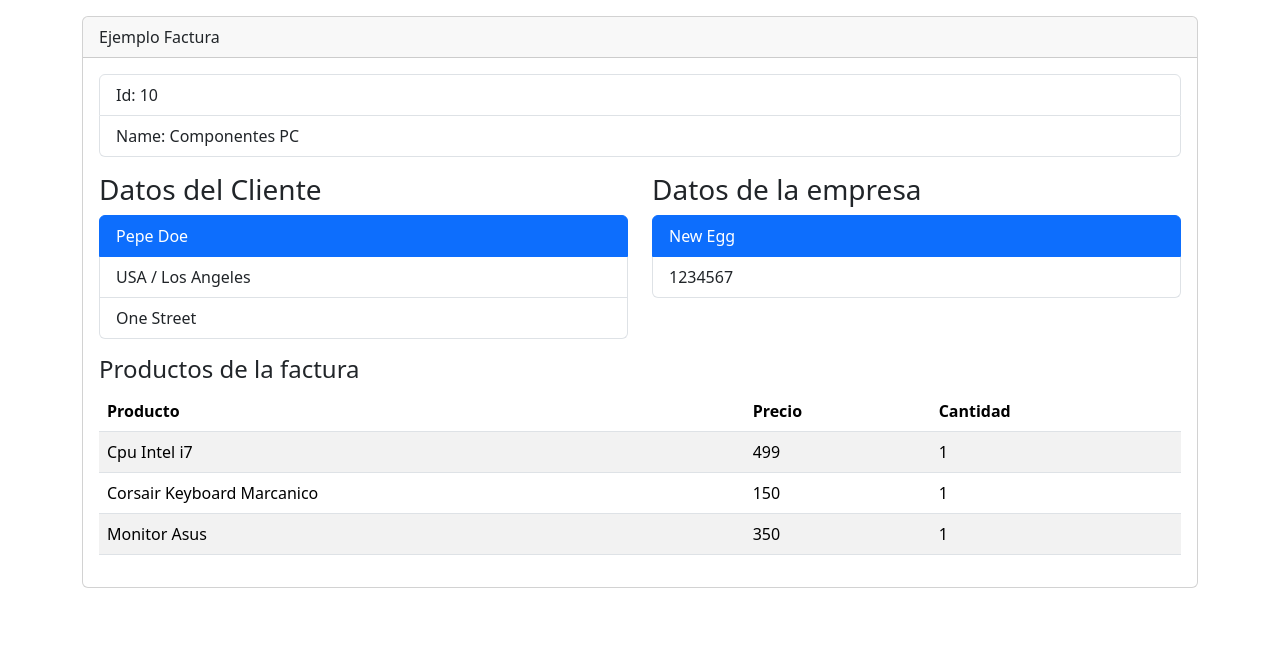
Repository: bryanesteban/4-invoice-app
Page: /
The author's editor kept a copy of each file at every save. The page is drawn from the files as they stood at one save, then again after the next save.
The browser window is 1280 px wide. The pictures show the whole page.
The project was rebuilt for these pictures with package versions that can differ from the ones it lists, and the page was loaded fresh each time. Also part of the build but not shown: vite.config.js.

Above is the page before, as saved 2023-11-13 17:05:16.

### index.html
<!doctype html>
<html lang="en">
  <head>
    <meta charset="UTF-8" />
    <link rel="icon" type="image/svg+xml" href="/vite.svg" />
    <link href="https://cdn.jsdelivr.net/npm/bootstrap@5.3.2/dist/css/bootstrap.min.css" rel="stylesheet" integrity="sha384-T3c6CoIi6uLrA9TneNEoa7RxnatzjcDSCmG1MXxSR1GAsXEV/Dwwykc2MPK8M2HN" crossorigin="anonymous">
    <meta name="viewport" content="width=device-width, initial-scale=1.0" />
    <title>Vite + React</title>
  </head>
  <body>
    <div id="root"></div>
    <script type="module" src="/src/main.jsx"></script>
  </body>
</html>

### src/main.jsx
import React from 'react'
import ReactDOM from 'react-dom/client'
import { InvoiceApp } from './InvoiceApp'


ReactDOM.createRoot(document.getElementById('root')).render(
  <React.StrictMode>
    <InvoiceApp />
  </React.StrictMode>,
)

### src/InvoiceApp.jsx
import { getInvoice } from "./services/getInvoice"
import { ClientView } from "./components/ClientView";
import { CompanyView } from "./components/CompanyView";
import { InvoiceView } from "./components/InvoiceView";
import { ListItemsView } from "./components/ListItemsView";


export const InvoiceApp = () =>{

    const {id, name, client, company, items, total} = getInvoice();

    return(
       <>
        <div className="container">

            <div className="card my-3" >

                <div className= "card-header">

                    Ejemplo Factura
                </div>

                <div className="card-body">
                       <InvoiceView id= {id} name ={name}/>
                    <div className="row my-3">
                        <div className="col">
                           <ClientView title= "Datos del Cliente" client = {client} />
                        </div>
                        <div className="col">
                           <CompanyView title= "Datos de la empresa" company ={company} />
                        </div>
                    </div>
                    <ListItemsView title="Productos de la factura" items={items} />
                    <></>
                </div>
            </div>
        </div>

       </>
    )
}

### src/services/getInvoice.js
import { invoice } from "../data/invoice"

export const getInvoice = () => {

    //console.log(invoice);

    let total = 0;
    invoice.items.forEach( items =>{
        total =total + items.price * items.quantity;

    });

    return {...invoice,total};
}

### src/components/ClientView.jsx
import PropTypes from 'prop-types';

export const ClientView = ({title, client}) =>{
    const {
        name: nameClient,
        lastname,
        address:{
            country,
            city,
            street,
            number}
         } = client;

    //const { country, city, street, number} = address;

    return (
        <>
         <h3>{title}</h3>
                            <ul className="list-group">
                                <li className="list-group-item active">{nameClient} {lastname}</li>
                                <li className="list-group-item">{country} / {city}</li>
                                <li className="list-group-item">{street} {number}</li>
                            </ul>
        </>
    )
}

ClientView.protoTypes ={
    title: PropTypes.string.isRequired,
    client: PropTypes.object.isRequired,
}

### src/components/CompanyView.jsx
import PropTypes from 'prop-types';

export const CompanyView = ({title, company}) => {


    return (
        <>
        <h3>{ title }</h3>
                            <ul className="list-group">
                                <li className="list-group-item active"> {company.name}</li>
                                <li className="list-group-item"> {company.fiscalNumber}</li>
                            </ul>
        </>
    )
}

CompanyView.propTypes = {
    title: PropTypes.string.isRequired,
    company: PropTypes.object.isRequired,

}

### src/components/InvoiceView.jsx
import PropTypes from 'prop-types';
export const InvoiceView = ({id, name}) =>{

    return (
        <>
         <ul className ="list-group">
                            <li className="list-group-item">Id: {id}</li>
                            <li className="list-group-item">Name: {name}</li>
                        </ul>

        </>
    )
}

InvoiceView.propTypes = {
    id: PropTypes.number.isRequired,
    name: PropTypes.string.isRequired
}

### src/components/ListItemsView.jsx
import { RowItemView } from "./RowItemView"
import PropTypes from 'prop-types';

export const ListItemsView  = ({title, items}) => {

    return (
        <>
        <h4> {title}</h4>
                    <table className="table table-striped table-hover">
                        <thead>
                            <tr>
                                <th>Producto</th>
                                <th>Precio</th>
                                <th>Cantidad</th>
                            </tr>
                        </thead>
                        <tbody>
                            {items.map(({id, producto, price,quantity}) => (
                                    <RowItemView key={ id } product={producto} price={price} quantity={quantity} />
                            ))}
                        </tbody>

                    </table>
        </>
    )

}

ListItemsView.propTypes = {
    title : PropTypes.string.isRequired,
    items: PropTypes.array.isRequired,
}

### src/data/invoice.js
export const invoice ={
    id: 10,
    name: 'Componentes PC',
    client:{
        name:'Pepe',
        lastname:'Doe',
        address:{
            country:'USA',
            city: 'Los Angeles',
            street:' One Street',
            numeber:12
        }
    },
        company:{
            name:'New Egg',
            fiscalNumber: 1234567,
        },
        items: [
           {
            id: 1,
            producto: 'Cpu Intel i7',
            price: 499,
            quantity: 1,
           },
           {
            id: 2,
            producto: 'Corsair Keyboard Marcanico',
            price: 150,
            quantity: 1,
           },
           {
            id: 3,
            producto: 'Monitor Asus',
            price: 350,
            quantity: 1,
           },

        ]


}

### src/components/RowItemView.jsx
import PropTypes from 'prop-types';

export const RowItemView = ({product, price, quantity}) => {
    return (
        <>
             <tr >
                    <td>{product}</td>
                    <td>{price}</td>
                    <td>{quantity}</td>
            </tr>
        </>
    )
}


RowItemView.propTypes = {
    product :  PropTypes.string.isRequired,
    price : PropTypes.number.isRequired,
    quantity : PropTypes.number.isRequired,
}

### src/components/totalView.jsx
export const TotalView  = ({total}) =>{


    return (
    <>
    <div className="text-end">
        <span className="badge bg-success">{total}</span>
    </div>
    </>
    )
}

After the next save:
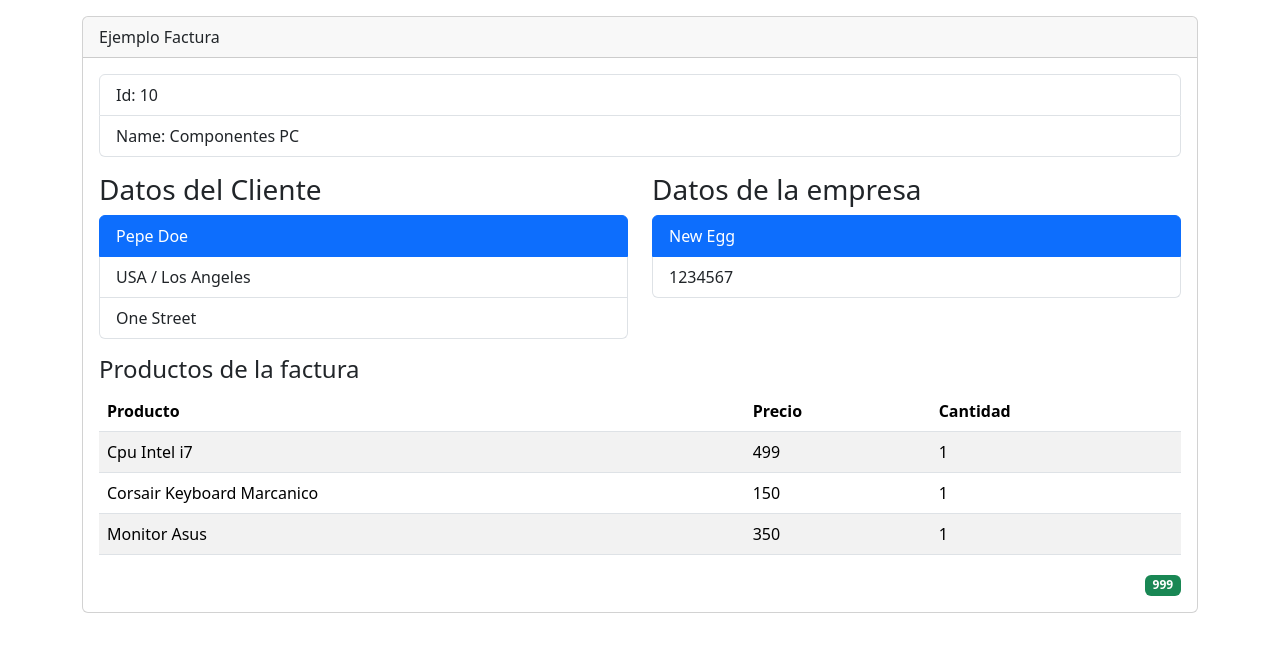
Saved 37 s later.
--- a/src/InvoiceApp.jsx
+++ b/src/InvoiceApp.jsx
@@ -3,6 +3,7 @@ import { ClientView } from "./components/ClientView";
 import { CompanyView } from "./components/CompanyView";
 import { InvoiceView } from "./components/InvoiceView";
 import { ListItemsView } from "./components/ListItemsView";
+import { TotalView } from "./components/totalView";
 
 
 export const InvoiceApp = () =>{
@@ -31,7 +32,7 @@ export const InvoiceApp = () =>{
                         </div>
                     </div>
                     <ListItemsView title="Productos de la factura" items={items} />
-                    <></>
+                    <TotalView total={total}></TotalView>
                 </div>
             </div>
         </div>
